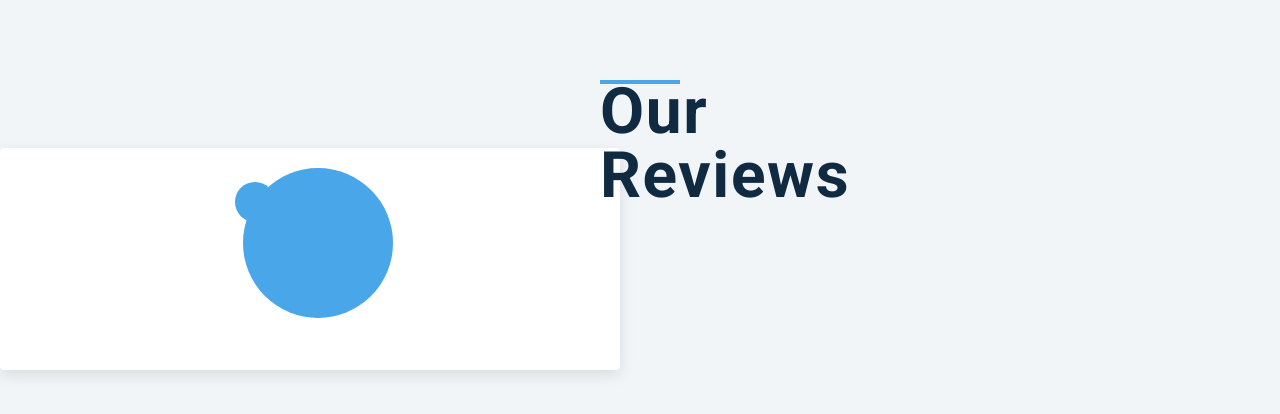
Repository: hseunghwan/practice-vanilla-javascript
Page: Carousel/Carousel.html
An editor plug-in stored every save of this project. The page is shown before and after the next save, followed by the edit.
The browser window is 1280 px wide. The pictures show the whole page.

Above is the page before, as saved 2023-05-10 20:23:09.

After the next save:
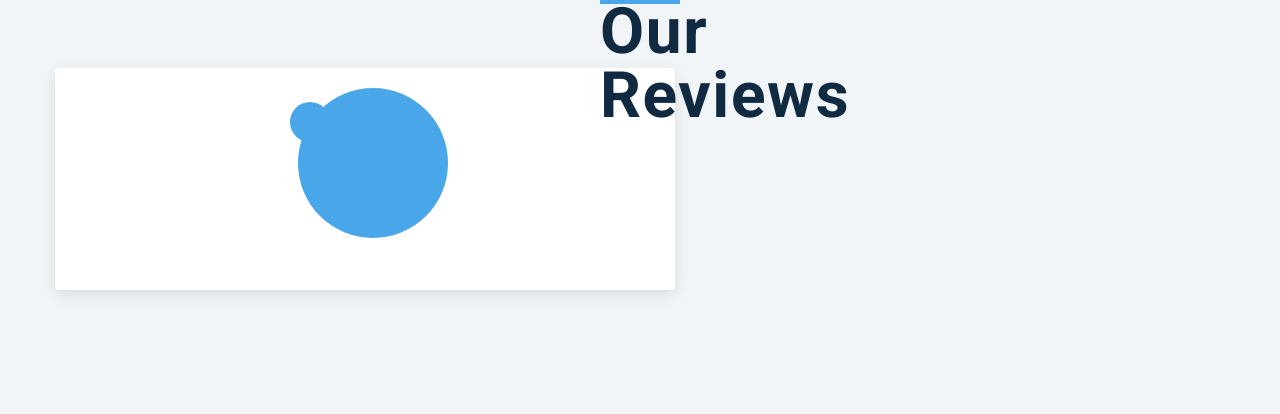
Saved 15 s later.
--- a/Carousel/Carousel.html
+++ b/Carousel/Carousel.html
@@ -6,7 +6,7 @@
         <script src="app.js"></script>
     </head>
     <body>
-        <div class="section">
+        <div class="section-center">
             <div class="main">
                 <h1 class="title underline">Our Reviews</h1>
                 <div class="container">
